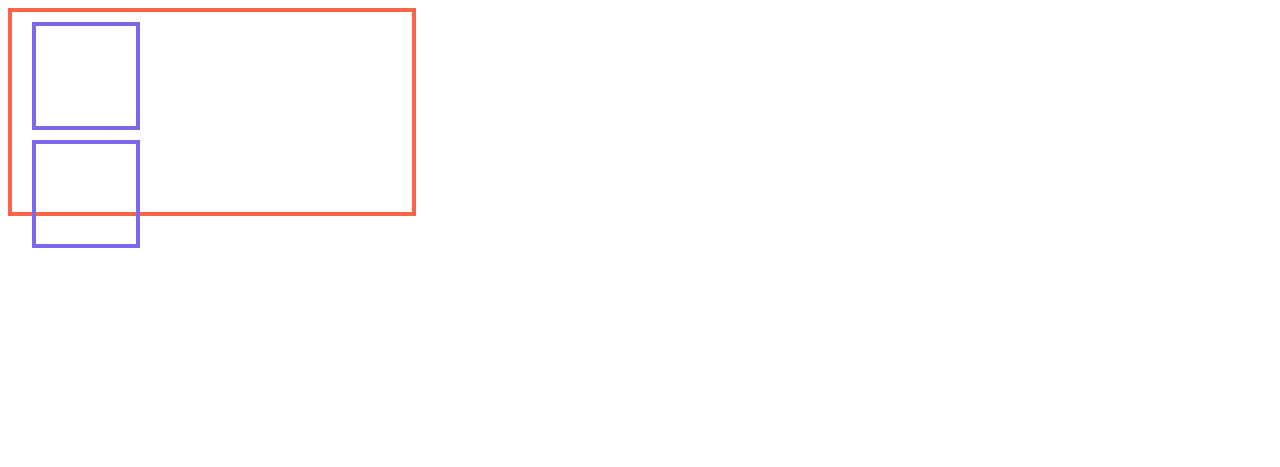
Repository: sangah-park98/jsp-class
Page: k20230508_1_css/src/main/webapp/13_박스모델3.html
An editor plug-in stored every save of this project. The page is shown before and after the next save, followed by the edit.
The browser window is 1280 px wide. The pictures show the whole page.

Above is the page before, as saved 2023-05-08 09:15:48.

### k20230508_1_css/src/main/webapp/13_박스모델3.html
<!DOCTYPE html>
<html>
<head>
<meta charset="UTF-8">
<title>박스 모델 - 바깥 여백</title>
<style type="text/css">

	/*
		margin: 요소의 외부(바깥) 여백을 지정한다. 음수값도 사용할 수 있다.
		px, %, em, rem, cm 등을 단위로 사용하고 기본값은 0이다.
		auto: 브라우저가 너비를 계산해서 왼쪽, 오른쪽 여백을 동일하게 만든다. => 요소를 가운데 배치한다.
		margin => 단축 속성, 여러 개별 속성을 한꺼번에 지정할 수 있다.
		margin 위쪽 오른쪽 아래쪽 왼쪽 => 시계 방향
		margin 위쪽 [왼쪽 오른쪽] 아래쪽
		margin [위쪽 아래쪽] [왼쪽 오른쪽]
		margin [위쪽 아래쪽 왼쪽 오른쪽]

		margin~top, margin~bottom, margin~left, margin~right => 개별 속성
		margin~top : 요소 외부 위쪽 여백을 지정한다.
		margin~bottom: 요소 외부 아래쪽 여백을 지정한다.
		margin~left: 요소 외부 왼쪽 여백을 지정한다.
	    margin~right: 요소 외부 오른쪽 여백을 지정한다.

	*/

	.parent {
		width: 400px;
		height: 200px;
		border: 4px solid tomato;
	}
	.child {
		width: 100px;
		height: 100px;
		border: 4px solid mediumslateblue;

		/* 개별 속성 */
		/* margin-top: 20px;
		margin-left: 20px; */

		/* margin: 10px 20px 30px 40px; */
		/* margin: 10px 20px 30px; */
		   margin: 10px 20px;
		/* margin: 10px; */


	}
</style>
</head>
<body>

<div class="parent">
	<div class="child">

	</div>
	<div class="child">

	</div>
</div>

</body>
</html>

After the next save:
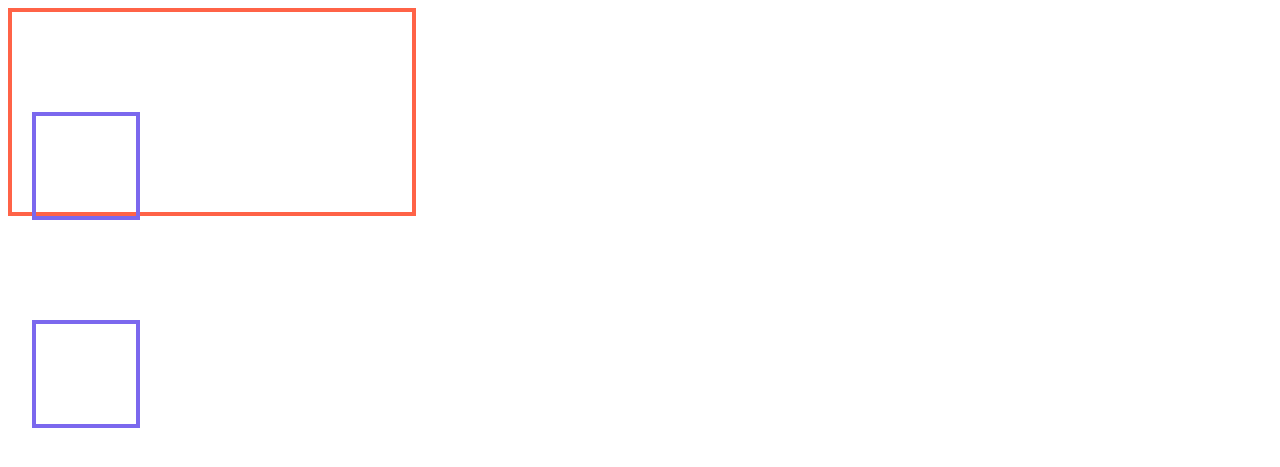
Saved 10 s later.
--- a/k20230508_1_css/src/main/webapp/13_박스모델3.html
+++ b/k20230508_1_css/src/main/webapp/13_박스모델3.html
@@ -39,7 +39,7 @@
 
 		/* margin: 10px 20px 30px 40px; */
 		/* margin: 10px 20px 30px; */
-		   margin: 10px 20px;
+		   margin: 100px 20px;
 		/* margin: 10px; */
 
 

After the save that followed:
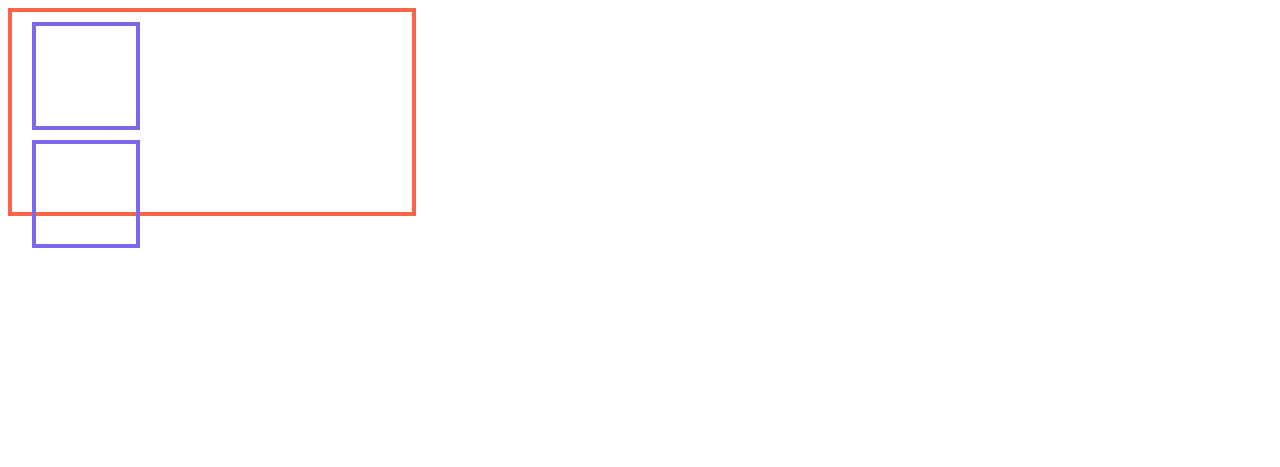
Saved 62 s later.
--- a/k20230508_1_css/src/main/webapp/13_박스모델3.html
+++ b/k20230508_1_css/src/main/webapp/13_박스모델3.html
@@ -39,7 +39,7 @@
 
 		/* margin: 10px 20px 30px 40px; */
 		/* margin: 10px 20px 30px; */
-		   margin: 100px 20px;
+		   margin: 10px 20px;
 		/* margin: 10px; */
 
 
